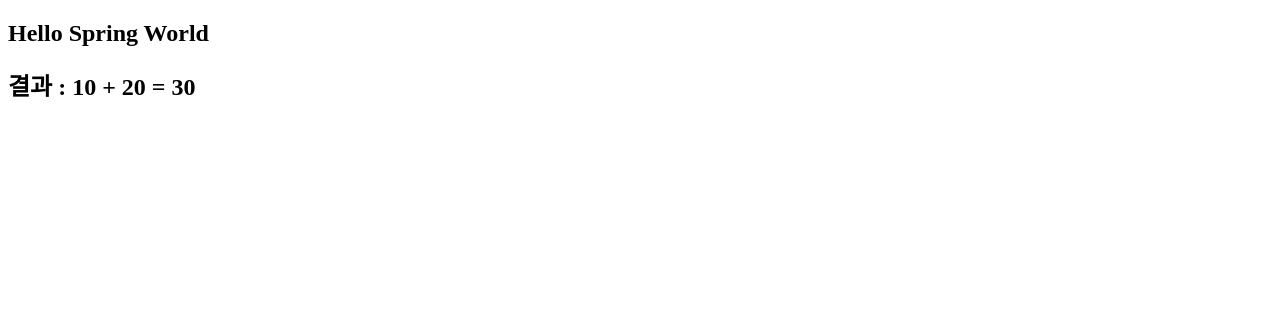
Repository: kimjwahyun/Spring
Page: http://localhost/Spring_DI/index.jsp
These files come from the project's save history. The page is drawn as it stood at one moment and after the next save; the edit follows.
The browser window is 1280 px wide. The pictures show the whole page.
The page is served by Tomcat 9. Other server files are loaded and not shown.

Above is the page before, as saved 2023-07-25 08:44:50.

### Spring_DI/src/main/webapp/index.jsp
<%@page import="ex07_web_DI.MyCalc"%>
<%@page import="org.springframework.web.context.support.WebApplicationContextUtils"%>
<%@page import="org.springframework.web.context.WebApplicationContext"%>
<%@page import="ex06_web_DI.HelloImpl"%>
<%@page import="org.springframework.context.support.GenericXmlApplicationContext"%>
<%@page import="org.springframework.context.ApplicationContext"%>
<%@ page language="java" contentType="text/html; charset=UTF-8"
    pageEncoding="UTF-8"%>
<!DOCTYPE html>
<html>
<head>
<meta charset="UTF-8">
<title>Insert title here</title>
</head>
<body>
	<%--
		// 자바 main 에서 사용한 내용 그대로 코딩
		ApplicationContext context =
			new GenericXmlApplicationContext("ex06_web_DI/config.xml");
		HelloImpl hello = (HelloImpl)context.getBean("hello");
		String msg = hello.sayHello();
		out.println("<h2>" + msg + "</h2>");
	--%>
	<%
		// config.xml => 환경 설정 파일
		// => web에서는 /WEB-INF/spring/root-context.xml => application으로 정해져있다.

		WebApplicationContext context =
			WebApplicationContextUtils.getWebApplicationContext(application);
		HelloImpl hello = (HelloImpl)context.getBean("hello");
		String msg = hello.sayHello();
		out.println("<h2>" + msg + "</h2>");



		MyCalc mc = (MyCalc)context.getBean("myCalc");
		int result = mc.plus(10, 20);
		out.println("<h2> 결과 : 10 + 20 = " + result + "</h2>");
	%>
</body>
</html>

After the next save:
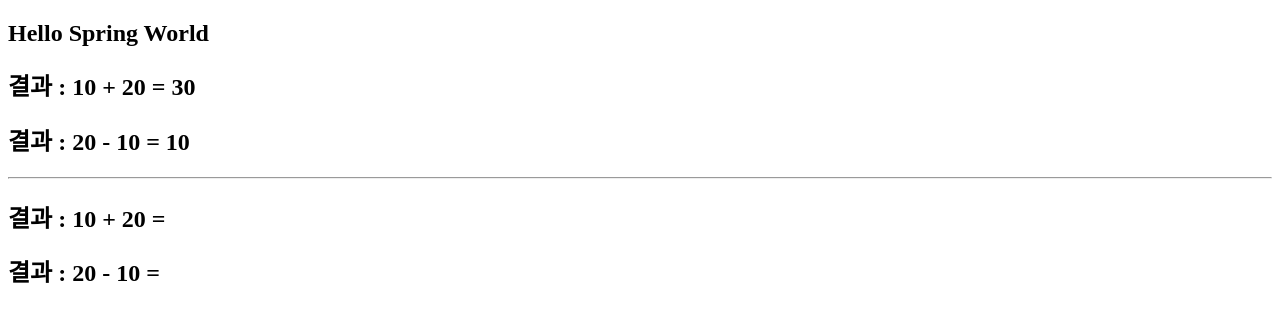
Saved 4 s later.
--- a/Spring_DI/src/main/webapp/index.jsp
+++ b/Spring_DI/src/main/webapp/index.jsp
@@ -36,6 +36,14 @@
 		MyCalc mc = (MyCalc)context.getBean("myCalc");
 		int result = mc.plus(10, 20);
 		out.println("<h2> 결과 : 10 + 20 = " + result + "</h2>");
+
+		mc.minus(20, 10);
+		int result2 = mc.getResult();
+		out.println("<h2> 결과 : 20 - 10 = " + result2 + "</h2>");
 	%>
+	<hr>
+
+	<h2>결과 : 10 + 20 = ${result}</h2>
+	<h2>결과 : 20 - 10 = ${result2}</h2>
 </body>
 </html>
